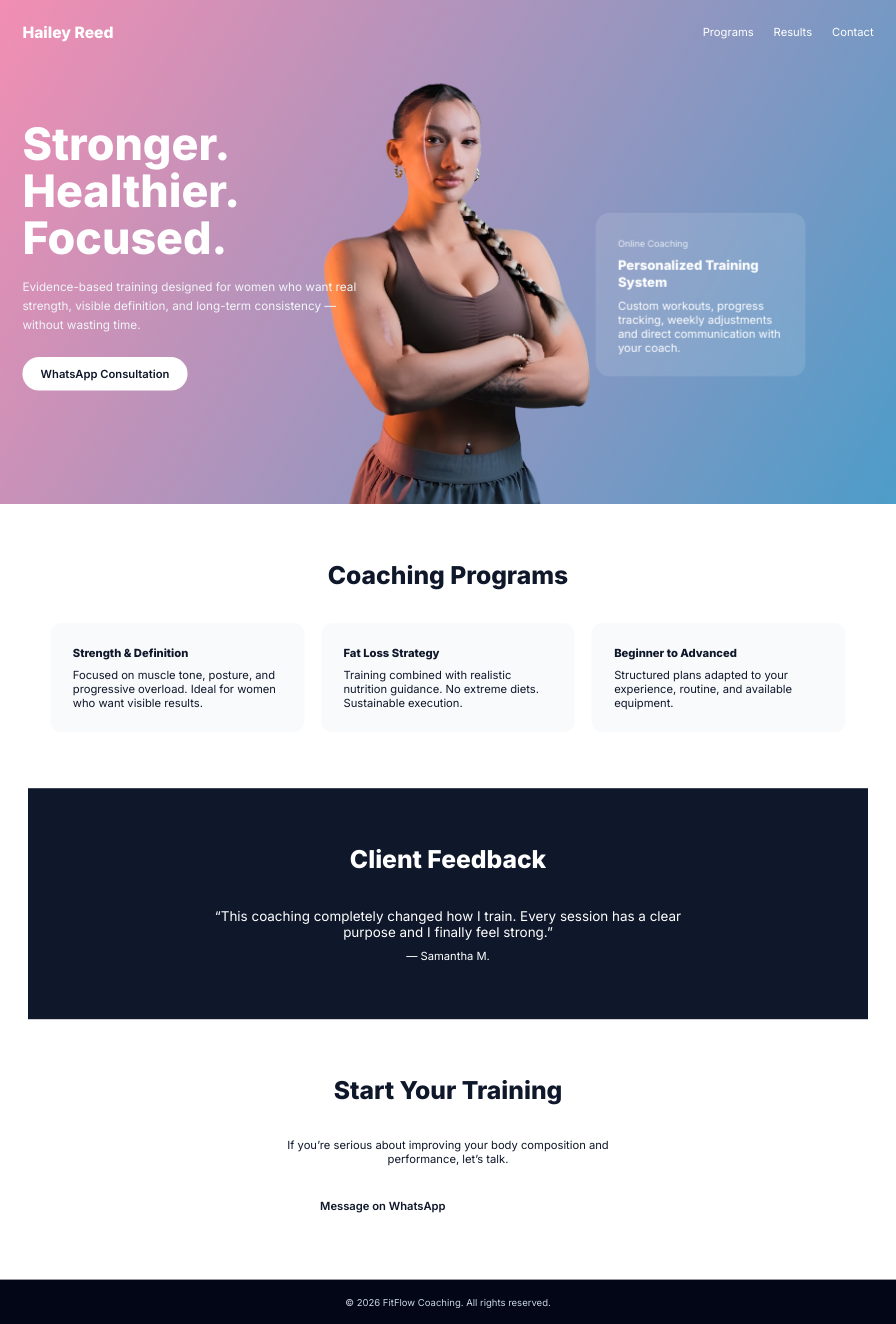
Repository: davidfsillva/Hailey-Reed-Coaching
Page: index.html
These files come from the project's save history. The page is drawn as it stood at one moment and after the next save; the edit follows.
The browser window is 1280 px wide. The pictures show the whole page, at 70% of full size.

Above is the page before, as saved 2026-02-11 17:55:10.

### index.html
<!DOCTYPE html>
<html lang="en">
<head>
  <meta charset="UTF-8" />
  <meta name="viewport" content="width=device-width, initial-scale=1.0" />
  <title>Personal Trainer | Online Coaching</title>
  <link rel="stylesheet" href="style.css" />
  <link rel="preconnect" href="https://fonts.googleapis.com">
  <link rel="preconnect" href="https://fonts.gstatic.com" crossorigin>
  <link href="https://fonts.googleapis.com/css2?family=Inter:wght@400;600;800&display=swap" rel="stylesheet">
</head>
<body>

<header class="hero">
  <nav class="nav">
    <h1 class="logo">Hailey Reed</h1>
    <div class="nav-links">
      <a href="#programs">Programs</a>
      <a href="#results">Results</a>
      <a href="#contact">Contact</a>
    </div>
  </nav>

  <!-- IMAGEM DO TREINADOR -->
  <img class="hero-img" src="img/Photoroom_20260211_45117 PM.png" alt="Trainer" />

  <!-- GRADIENTE SOBRE A IMAGEM -->
  <div class="hero-gradient"></div>

  <!-- CONTEÚDO DO HERO -->
  <div class="hero-content">
    <div class="hero-text">


  <h2 class="hero-title">
    Stronger.<br>
    Healthier.<br>
    Focused.
  </h2>
      <p>
        Evidence-based training designed for women who want real strength,
        visible definition, and long-term consistency — without wasting time.
      </p>
      <div class="cta-group">
        <a href="https://wa.me/5599999999999" target="_blank" class="btn primary">
          WhatsApp Consultation
        </a>
      </div>
    </div>

    <div class="hero-card">
      <span class="tag">Online Coaching</span>
      <h3>Personalized Training System</h3>
      <p>
        Custom workouts, progress tracking, weekly adjustments
        and direct communication with your coach.
      </p>
    </div>
  </div>
</header>


<section id="programs" class="section">
  <h3>Coaching Programs</h3>

  <div class="cards">
    <div class="card">
      <h4>Strength & Definition</h4>
      <p>
        Focused on muscle tone, posture, and progressive overload.
        Ideal for women who want visible results.
      </p>
    </div>

    <div class="card">
      <h4>Fat Loss Strategy</h4>
      <p>
        Training combined with realistic nutrition guidance.
        No extreme diets. Sustainable execution.
      </p>
    </div>

    <div class="card">
      <h4>Beginner to Advanced</h4>
      <p>
        Structured plans adapted to your experience, routine,
        and available equipment.
      </p>
    </div>
  </div>
</section>

<section id="results" class="section dark">
  <h3>Client Feedback</h3>

  <div class="testimonial">
    <p>
      “This coaching completely changed how I train.
      Every session has a clear purpose and I finally feel strong.”
    </p>
    <span>— Samantha M.</span>
  </div>
</section>

<section id="contact" class="section">
  <h3>Start Your Training</h3>
  <p class="contact-text">
    If you’re serious about improving your body composition
    and performance, let’s talk.
  </p>

  <div class="cta-group center">
    <a href="https://wa.me/5599999999999" target="_blank" class="btn primary">
      Message on WhatsApp
    </a>
    <a href="https://instagram.com/seuinstagram" target="_blank" class="btn secondary">
      Visit Instagram
    </a>
  </div>
</section>

<footer class="footer">
  <p>© 2026 FitFlow Coaching. All rights reserved.</p>
</footer>

<script src="script.js"></script>
</body>
</html>

### style.css
:root {
  --pink: #f07aa5;
  --blue: #2e8bc0;
  --dark: #0f172a;
  --light: #ffffff;
  --muted: #cbd5e1;
}

* {
  margin: 0;
  padding: 0;
  box-sizing: border-box;
  font-family: 'Inter', sans-serif;
}

body {
  background: var(--light);
  color: var(--dark);
}

/* ================= HERO ================= */
.hero {
  position: relative;
  min-height: 100vh;
  padding: 32px;
  color: white;
  overflow: hidden;
}

/* IMAGEM DO TREINADOR */
/* IMAGEM DO TREINADOR */
.hero-img {
  position: absolute;
  top: 50%;
  left: 50%;
  transform: translate(-50%, -50%);
  width: 60%;
  max-width: 500px;
  height: auto;
  z-index: 2; /* imagem acima do gradiente */
}

/* GRADIENTE SOBRE A IMAGEM (agora atrás da imagem) */
.hero-gradient {
  position: absolute;
  top: 0;
  left: 0;
  width: 100%;
  height: 100%;
  background: linear-gradient(
    120deg,
    rgba(240,122,165,0.85),
    rgba(46,139,192,0.85)
  );
  z-index: 1; /* atrás da imagem */
}

/* CONTEÚDO DO HERO (texto e card) */
.hero-content {
  position: relative;
  z-index: 5; /* sempre acima da imagem */
}


/* TEXTO DO HERO */

.hero-text {
  display: flex;
  flex-direction: column;
  justify-content: center;
  height: 85vh;
}

/* Nome */
.trainer-name {
  font-size: 0.9rem;
  letter-spacing: 3px;
  text-transform: uppercase;
  opacity: 0.85;
  margin-bottom: 60px;
}

/* Título */
.hero-title {
  font-size: clamp(3rem, 6vw, 5rem);
}

/* Parágrafo */
.hero-text p {
  max-width: 500px;
  line-height: 1.6;
}


.hero-text h2 {
  font-size: clamp(2.8rem, 5vw, 4.2rem);
  line-height: 1.05;
  margin-bottom: 24px;
}

.hero-text p {
  max-width: 480px;
  font-size: 1.05rem;
  color: #f1f5f9;
}

/* BOTÕES */
.cta-group {
  display: flex;
  gap: 16px;
  margin-top: 32px;
  flex-wrap: wrap;
}

.btn {
  padding: 14px 26px;
  border-radius: 999px;
  font-weight: 600;
  text-decoration: none;
  transition: 0.3s;
}

.btn.primary {
  background: white;
  color: var(--dark);
}

.btn.secondary {
  border: 1px solid white;
  color: white;
}

.btn:hover {
  transform: translateY(-2px);
}

/* CARD COM BLUR */
.hero-card {
  position: absolute; /* posição relativa ao hero */
  top: 40%;           /* ajuste vertical: quanto mais alto o %, mais baixo ele fica */
  right: 8%;          /* distância da borda direita */
  width: 300px;       /* largura do card */
  background: rgba(255,255,255,0.12);
  backdrop-filter: blur(14px);
  padding: 32px;
  border-radius: 20px;
  z-index: 4;         /* acima da imagem */
}

/* TAG E TÍTULO DO CARD */
.hero-card .tag {
  font-size: 0.8rem;
  opacity: 0.8;
}

.hero-card h3 {
  margin: 12px 0;
}

/* ================= NAVBAR ================= */
.nav {
  position: relative;
  z-index: 10; /* maior que imagem, gradiente e card */

  display: flex;              /* ativa alinhamento horizontal */
  justify-content: space-between; /* logo esquerda, links direita */
  align-items: center;        /* centraliza verticalmente */
}

.nav-links a {
  position: relative;
  color: white;
  margin-left: 24px;
  text-decoration: none;
  font-weight: 500;
  padding-bottom: 4px;
}

.nav-links a::after {
  content: "";
  position: absolute;
  left: 0;
  bottom: 0;
  width: 0%;
  height: 2px;
  background: white;
  transition: width 0.3s ease;
}

.nav-links a:hover::after {
  width: 100%;
}



.logo {
  font-weight: 800;
  font-size: 1.4rem;
}

.nav-links a {
  color: white;
  margin-left: 24px;
  text-decoration: none;
  font-weight: 500;
}

/* ================= SECTIONS ================= */
.section {
  padding: 80px 32px;
  max-width: 1200px;
  margin: auto;
}

.section h3 {
  font-size: 2.2rem;
  margin-bottom: 48px;
  text-align: center;
}

.cards {
  display: grid;
  grid-template-columns: repeat(auto-fit,minmax(260px,1fr));
  gap: 24px;
}

.card {
  background: #f8fafc;
  padding: 32px;
  border-radius: 16px;
}

.card h4 {
  margin-bottom: 12px;
}

.dark {
  background: #0f172a;
  color: white;
}

.testimonial {
  max-width: 700px;
  margin: auto;
  text-align: center;
}

.testimonial p {
  font-size: 1.2rem;
  margin-bottom: 12px;
}

.contact-text {
  text-align: center;
  max-width: 520px;
  margin: 0 auto 32px;
}

.center {
  justify-content: center;
}

/* ================= FOOTER ================= */
.footer {
  padding: 24px;
  text-align: center;
  background: #020617;
  color: var(--muted);
  font-size: 0.85rem;
}

/* ================= RESPONSIVE ================= */
@media (max-width: 900px) {
  .hero-content {
    grid-template-columns: 1fr;
    text-align: center;
  }

  .hero-text p {
    margin: auto;
  }

  .hero-card {
    margin-top: 32px;
  }

  .hero-img {
    width: 90%; /* ajusta para telas menores */
  }

    .nav {
    flex-direction: column;
    gap: 16px;
  }

  .nav-links a {
    margin-left: 0;
  }
}

### script.js
// Smooth scroll for internal links
document.querySelectorAll('a[href^="#"]').forEach(anchor => {
  anchor.addEventListener('click', function (e) {
    e.preventDefault();
    document.querySelector(this.getAttribute('href'))
      .scrollIntoView({ behavior: 'smooth' });
  });
});

After the next save:
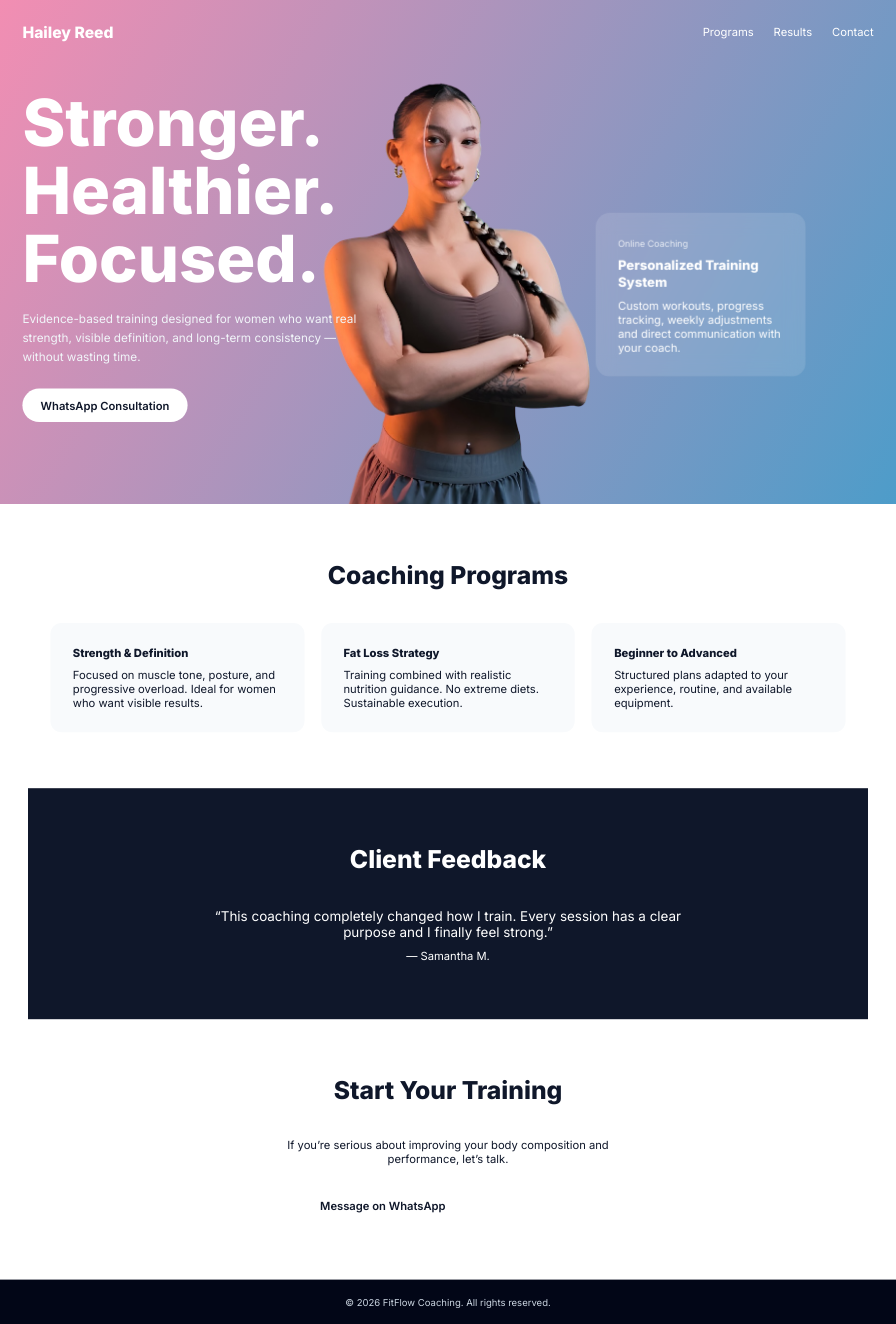
Saved 12 s later.
--- a/style.css
+++ b/style.css
@@ -93,7 +93,7 @@
 
 
 .hero-text h2 {
-  font-size: clamp(2.8rem, 5vw, 4.2rem);
+  font-size: clamp(5.8rem, 5vw, 4.2rem);
   line-height: 1.05;
   margin-bottom: 24px;
 }

After the save that followed:
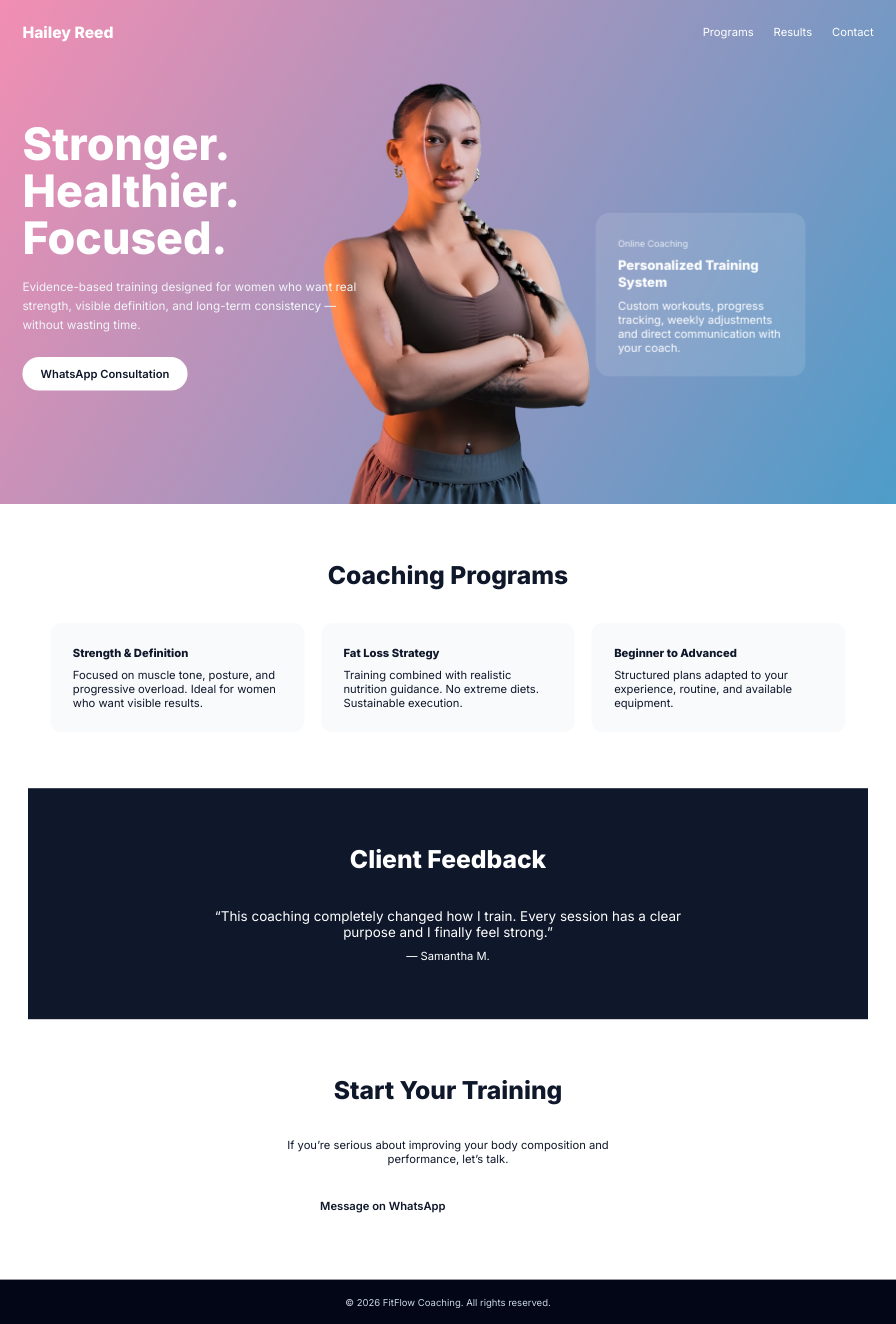
Saved 6 s later.
--- a/style.css
+++ b/style.css
@@ -93,7 +93,7 @@
 
 
 .hero-text h2 {
-  font-size: clamp(5.8rem, 5vw, 4.2rem);
+  font-size: clamp(2.8rem, 5vw, 4.2rem);
   line-height: 1.05;
   margin-bottom: 24px;
 }
